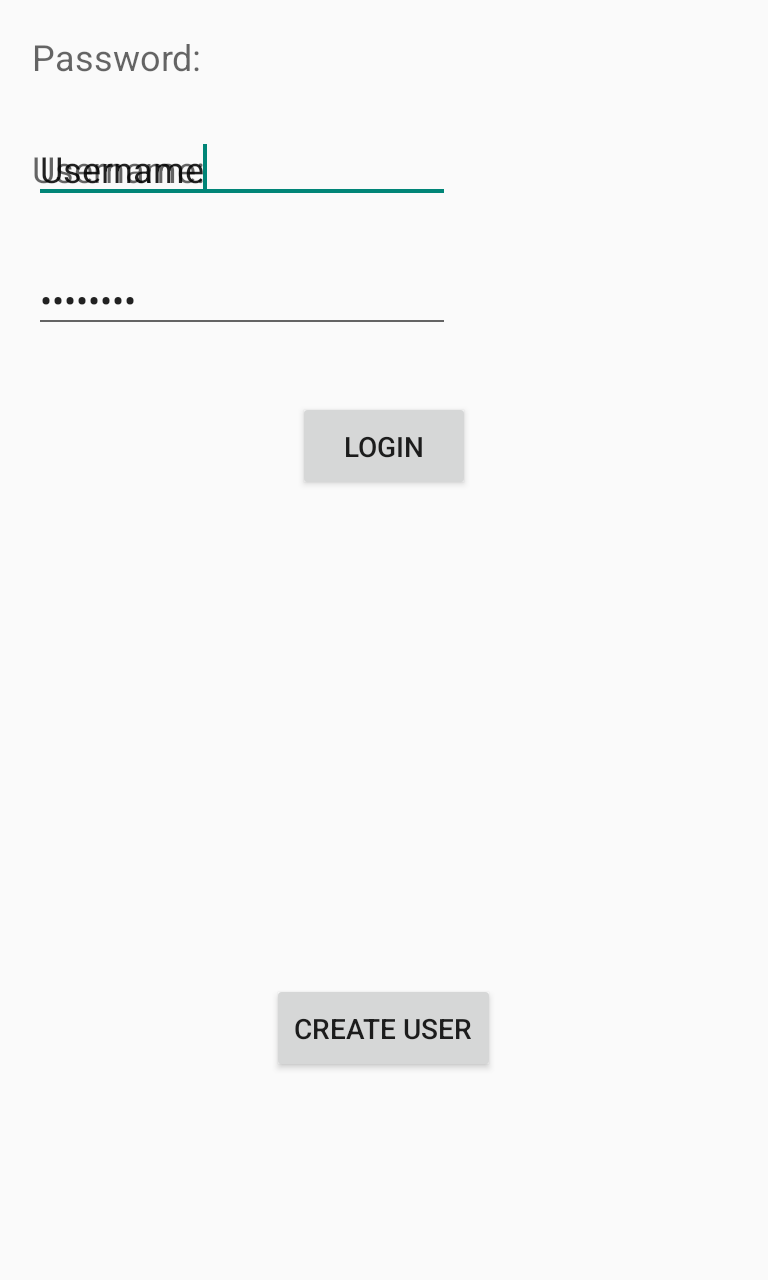
Repository: Sagarsaurus/Ecco
Layout: Ecco/res/layout/activity_main.xml
These files come from the project's save history. The layout is drawn as it stood at one moment and after the next save; the edit follows.
It is drawn on a 768 x 1280 px phone screen (xhdpi) without system bars, with theme AppTheme; the app's code is not run.

Above is the layout before, as saved 2014-11-16 19:58:38.

### Ecco/res/layout/activity_main.xml
<RelativeLayout xmlns:android="http://schemas.android.com/apk/res/android"
    xmlns:tools="http://schemas.android.com/tools"
    android:layout_width="match_parent"
    android:layout_height="match_parent"
    android:paddingBottom="@dimen/activity_vertical_margin"
    android:paddingLeft="@dimen/activity_horizontal_margin"
    android:paddingRight="@dimen/activity_horizontal_margin"
    android:paddingTop="@dimen/activity_vertical_margin"
    tools:context="com.application.ecco.MainActivity" >

    <EditText
        android:id="@+id/username"
        android:layout_width="wrap_content"
        android:layout_height="wrap_content"
        android:layout_alignLeft="@+id/username"
        android:layout_alignParentTop="true"
        android:layout_marginTop="46dp"
        android:ems="10"
        android:hint="@string/Username"
        android:text="@string/Username" >

        <requestFocus />
    </EditText>

    <EditText
        android:id="@+id/password"
        android:layout_width="wrap_content"
        android:layout_height="wrap_content"
        android:layout_alignLeft="@+id/password"
        android:layout_below="@+id/username"
        android:layout_marginTop="24dp"
        android:ems="10"
        android:hint="@string/Password"
        android:inputType="textPassword"
        android:text="@string/Password" />

    <Button
        android:id="@+id/login"
        android:onClick="login"
        android:layout_width="wrap_content"
        android:layout_height="wrap_content"
        android:layout_below="@+id/password"
        android:layout_centerHorizontal="true"
        android:layout_marginTop="30dp"
        android:text="@string/Login" />

    <Button
        android:id="@+id/createUser"
        android:onClick="createUser"
        android:layout_width="wrap_content"
        android:layout_height="wrap_content"
        android:layout_alignParentBottom="true"
        android:layout_centerHorizontal="true"
        android:layout_marginBottom="86dp"
        android:text="@string/createUser" />

    <TextView
        android:id="@+id/textView1"
        android:layout_width="wrap_content"
        android:layout_height="wrap_content"
        android:layout_alignBaseline="@+id/username"
        android:layout_alignBottom="@+id/username"
        android:layout_alignParentLeft="true"
        android:text="Username:"
        android:textAppearance="?android:attr/textAppearanceMedium" />

    <TextView
        android:id="@+id/TextView01"
        android:layout_width="wrap_content"
        android:layout_height="wrap_content"
        android:layout_alignBaseline="@+id/editText2"
        android:layout_alignBottom="@+id/editText2"
        android:layout_alignLeft="@+id/textView1"
        android:text="Password:"
        android:textAppearance="?android:attr/textAppearanceMedium" />

</RelativeLayout>

### Ecco/res/values/strings.xml
<?xml version="1.0" encoding="utf-8"?>
<resources>

    <string name="app_name">Ecco</string>
    <string name="hello_world">Hello world!</string>
    <string name="action_settings">Settings</string>
    <string name="Username">Username</string>
    <string name="Password">Password</string>
    <string name="Login">Login</string>
    <string name="createUser">Create User</string>
    <string name="title_activity_home">HomeActivity</string>
    <string name="title_section1">Section 1</string>
    <string name="title_section2">Section 2</string>
    <string name="title_section3">Section 3</string>
    <string name="navigation_drawer_open">Open navigation drawer</string>
    <string name="navigation_drawer_close">Close navigation drawer</string>
    <string name="action_example">Example action</string>
    <string name="title_activity_create_user">CreateUserActivity</string>
    <string name="Email">Email</string>
    <string name="Phone">Phone</string>
    <string name="emailhint">user@email.com</string>
    <string name="phonehint">123-456-7890</string>

</resources>

Loaded but not shown: Ecco/res/values/styles.xml (common file); Ecco/res/values-v11/styles.xml (common file); Ecco/res/values-v14/styles.xml (common file); Ecco/res/values/dimens.xml (common file); Ecco/res/values-w820dp/dimens.xml (common file)

After the next save:
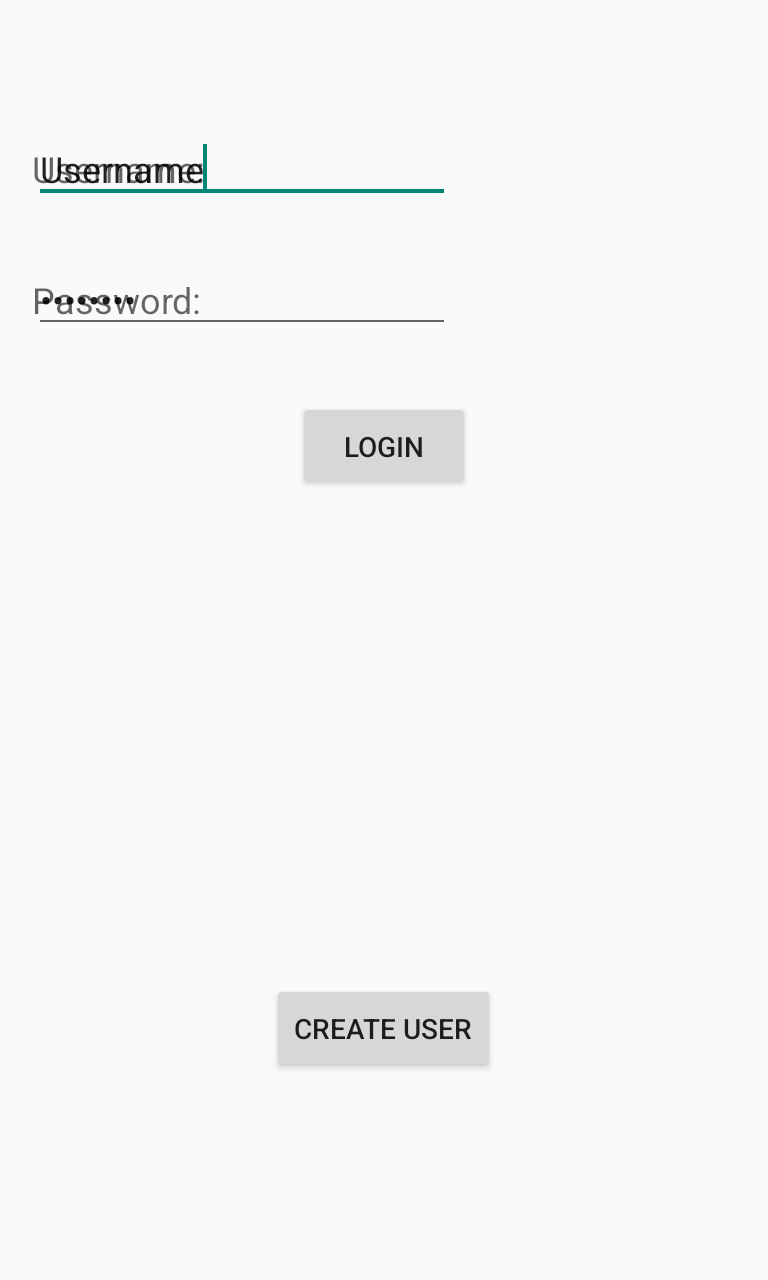
Saved 37 s later.
--- a/Ecco/res/layout/activity_main.xml
+++ b/Ecco/res/layout/activity_main.xml
@@ -55,7 +55,7 @@
         android:text="@string/createUser" />
 
     <TextView
-        android:id="@+id/textView1"
+        android:id="@+id/Username"
         android:layout_width="wrap_content"
         android:layout_height="wrap_content"
         android:layout_alignBaseline="@+id/username"
@@ -65,12 +65,12 @@
         android:textAppearance="?android:attr/textAppearanceMedium" />
 
     <TextView
-        android:id="@+id/TextView01"
+        android:id="@+id/Password"
         android:layout_width="wrap_content"
         android:layout_height="wrap_content"
-        android:layout_alignBaseline="@+id/editText2"
-        android:layout_alignBottom="@+id/editText2"
-        android:layout_alignLeft="@+id/textView1"
+        android:layout_alignBaseline="@+id/password"
+        android:layout_alignBottom="@+id/password"
+        android:layout_alignLeft="@+id/Username"
         android:text="Password:"
         android:textAppearance="?android:attr/textAppearanceMedium" />
 
